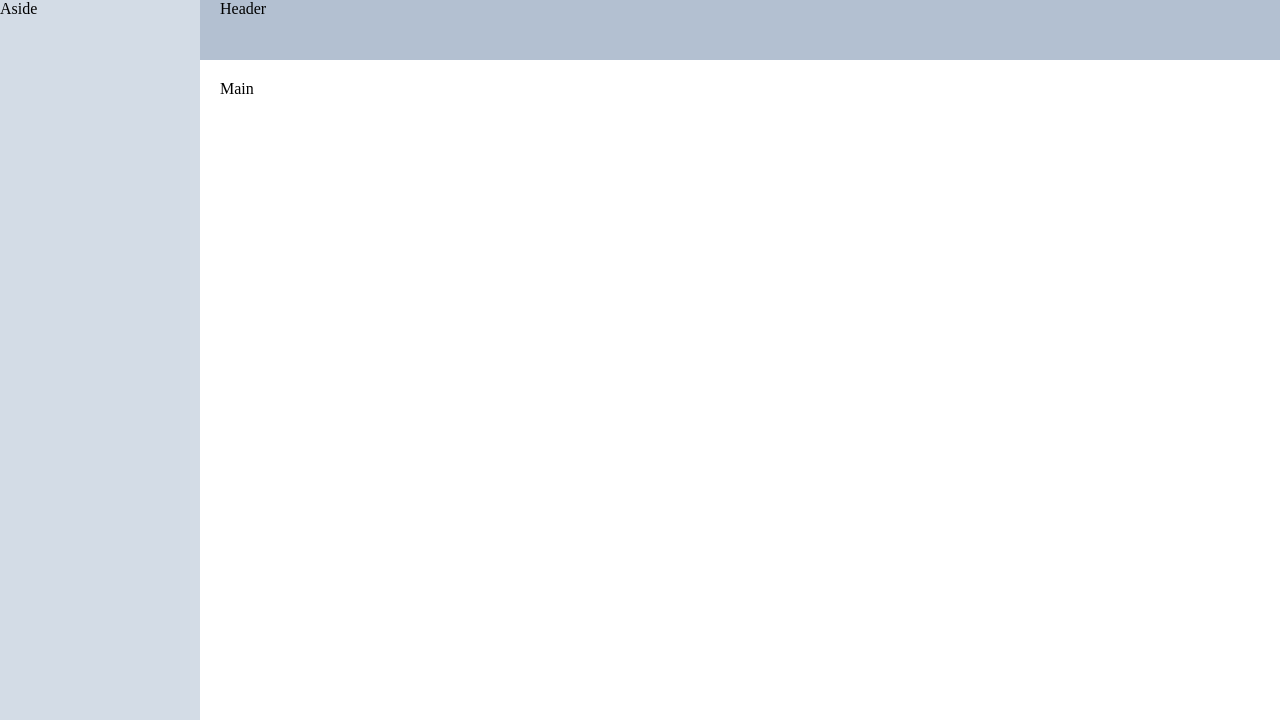
Repository: Azhaihh/toutiao-publish-admin
Page: /
These files come from the project's save history. The page is drawn as it stood at one moment and after the next save; the edit follows.
The browser window is 1280 px wide. The pictures show the whole page.
The project was rebuilt for these pictures with package versions that can differ from the ones it lists, and the page was loaded fresh each time. Also part of the build but not shown: src/styles/index.less, src/views/home/index.vue.

Above is the page before, as saved 2020-12-14 15:40:36.

After the next save:
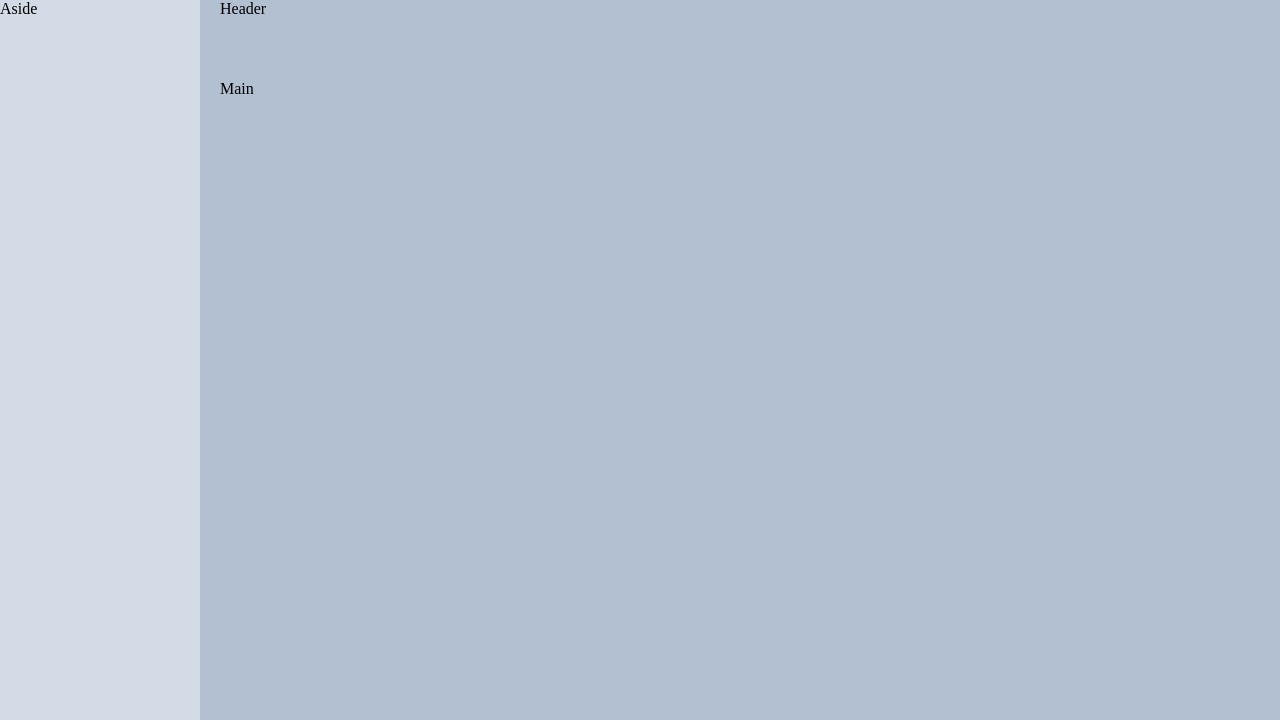
Saved 14 s later.
--- a/src/views/layout/index.vue
+++ b/src/views/layout/index.vue
@@ -7,7 +7,7 @@
     </el-aside>
     <el-container>
       <el-header class="headerAside">Header</el-header>
-      <el-main >Main</el-main>
+      <el-main class="headerAside">Main</el-main>
     </el-container>
   </el-container>
 </template>

After the save that followed:
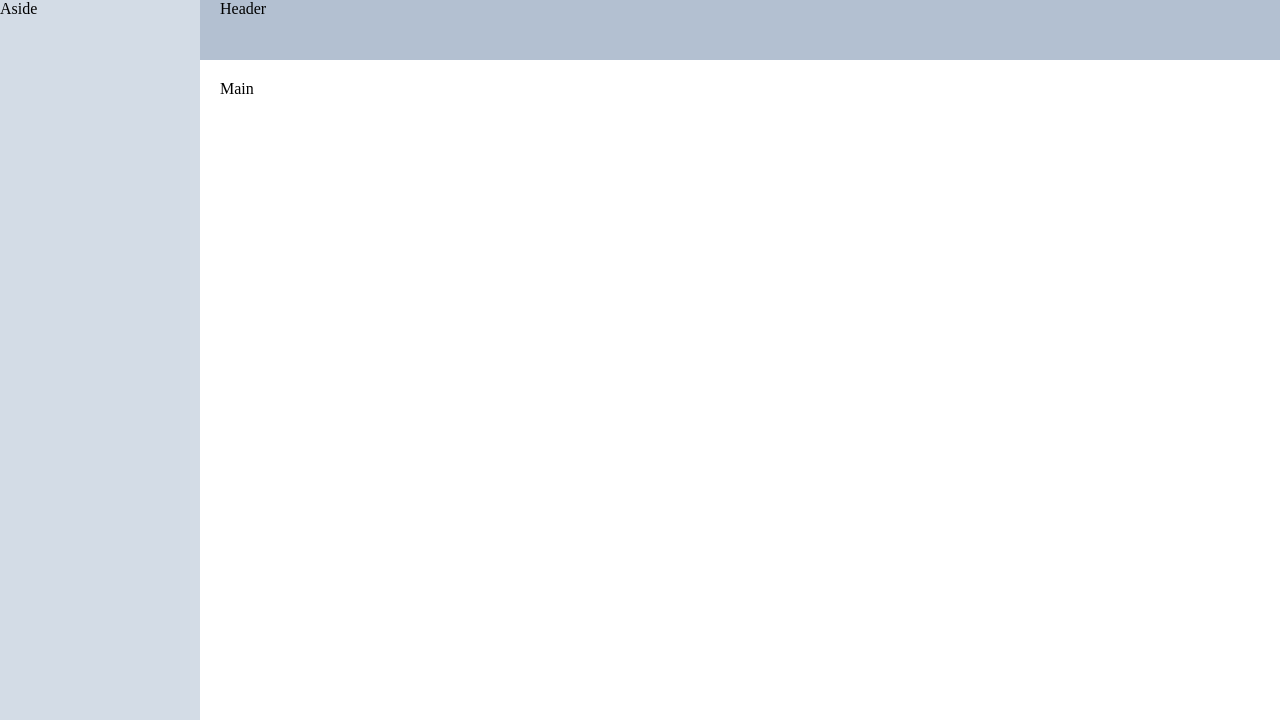
Saved 5 s later.
--- a/src/views/layout/index.vue
+++ b/src/views/layout/index.vue
@@ -7,7 +7,7 @@
     </el-aside>
     <el-container>
       <el-header class="headerAside">Header</el-header>
-      <el-main class="headerAside">Main</el-main>
+      <el-main class="mainAside">Main</el-main>
     </el-container>
   </el-container>
 </template>
